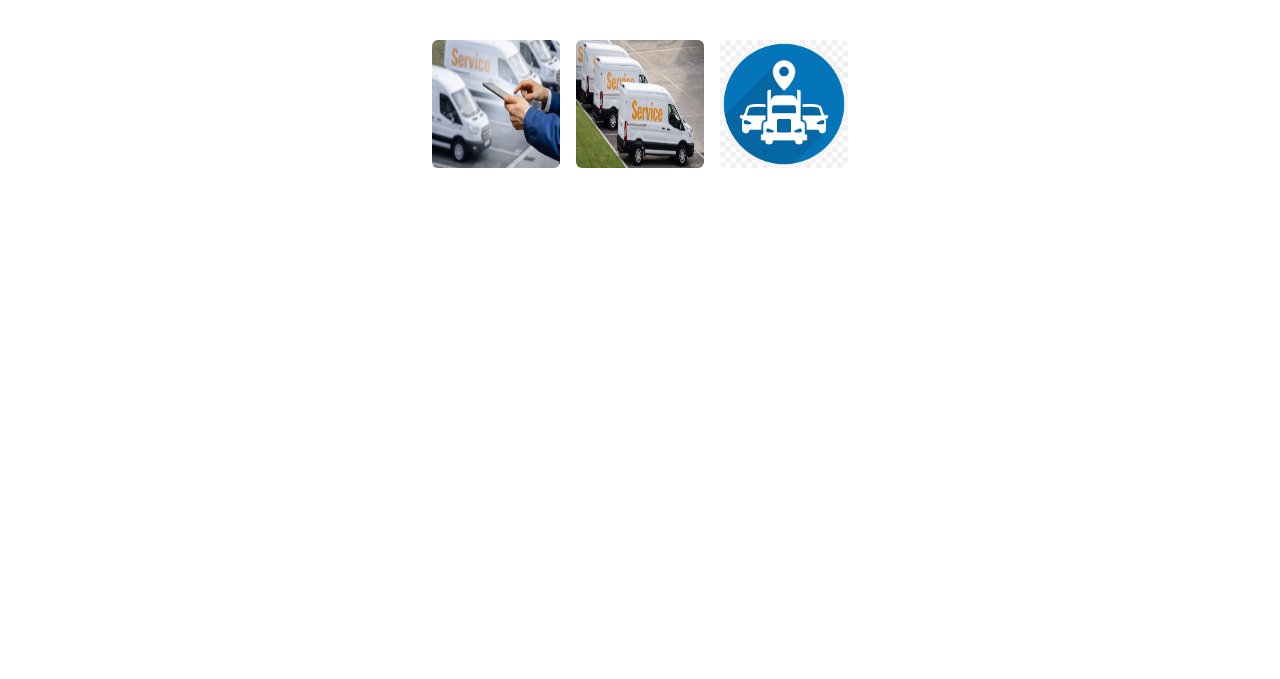
Repository: adityadhimaann/fleettrack
Page: images.html
An editor plug-in stored every save of this project. The page is shown before and after the next save, followed by the edit.
The browser window is 1280 px wide. The pictures show the whole page.
Some web libraries are served in a nearby version.

Above is the page before, as saved 2025-04-09 12:22:21.

After the next save:
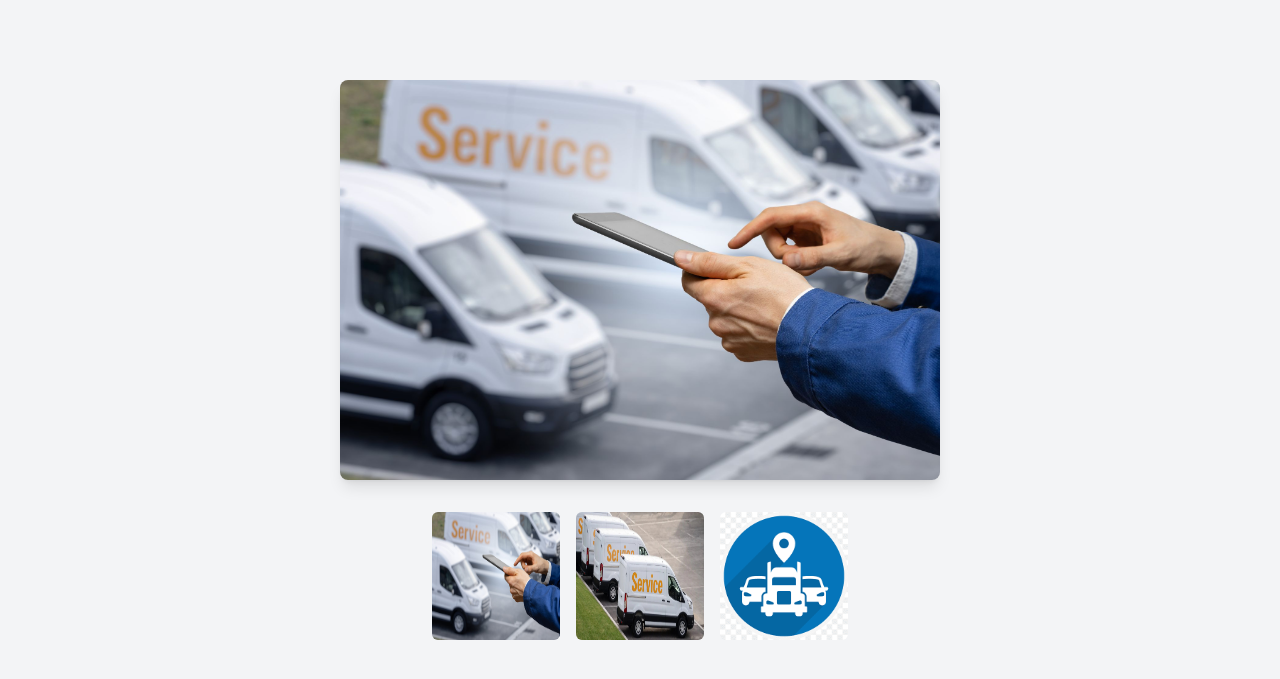
Saved 56 s later.
--- a/images.html
+++ b/images.html
@@ -1,21 +1,36 @@
 <!DOCTYPE html>
 <html lang="en">
 <head>
-    <meta charset="UTF-8">
-    <meta name="viewport" content="width=device-width, initial-scale=1.0">
-    <title>Image Slide</title>
-    <script src="https://cdn.tailwindcss.com"></script>
-    <script src="https://cdnjs.cloudflare.com/ajax/libs/Chart.js/3.9.1/chart.min.js"></script>
-    <link rel="stylesheet" href="https://cdnjs.cloudflare.com/ajax/libs/font-awesome/6.0.0-beta3/css/all.min.css">
+  <meta charset="UTF-8" />
+  <meta name="viewport" content="width=device-width, initial-scale=1.0"/>
+  <title>Image Slide</title>
+  <script src="https://cdn.tailwindcss.com"></script>
+  <link rel="stylesheet" href="https://cdnjs.cloudflare.com/ajax/libs/font-awesome/6.0.0-beta3/css/all.min.css"/>
+</head>
+<body class="flex flex-col items-center justify-center min-h-screen bg-gray-100">
 
-</head>
-<body>
-    <!-- fixed inset 0 -->
-    <!-- image gallery -->
-     <div class="flex justify-center items-center gap-4 m-10">
-        <img src="/images/fleet1.jpg" alt="" class="w-32 h-32 rounded-md cursor-pointer hover:scale-105 transition" onclick="addimage(0)">
-        <img src="/images/fleet2.jpeg" alt="" class="w-32 h-32 rounded-md cursor-pointer hover:scale-105 transition" onclick="addimage(1)">
-        <img src="/images/fleet3.png" alt="" class="w-32 h-32 rounded-md cursor-pointer hover:scale-105 transition" onclick="addimage(2)">
-     </div>
+  <div id="previewContainer" class="w-[600px] h-[400px] rounded-lg overflow-hidden shadow-lg mb-8">
+    <img id="mainImage" src="/images/fleet1.jpg" alt="Preview" class="w-full h-full object-cover transition duration-500">
+  </div>
+
+  <div class="flex justify-center items-center gap-4">
+    <img src="/images/fleet1.jpg" alt="" class="w-32 h-32 rounded-md cursor-pointer hover:scale-105 transition" onclick="addImage(0)">
+    <img src="/images/fleet2.jpeg" alt="" class="w-32 h-32 rounded-md cursor-pointer hover:scale-105 transition" onclick="addImage(1)">
+    <img src="/images/fleet3.png" alt="" class="w-32 h-32 rounded-md cursor-pointer hover:scale-105 transition" onclick="addImage(2)">
+  </div>
+
+  <script>
+    const images = [
+      "/images/fleet1.jpg",
+      "/images/fleet2.jpeg",
+      "/images/fleet3.png"
+    ];
+
+    const mainImage = document.getElementById("mainImage");
+
+    function addImage(index) {
+      mainImage.src = images[index];
+    }
+  </script>
 </body>
 </html>

After the save that followed:
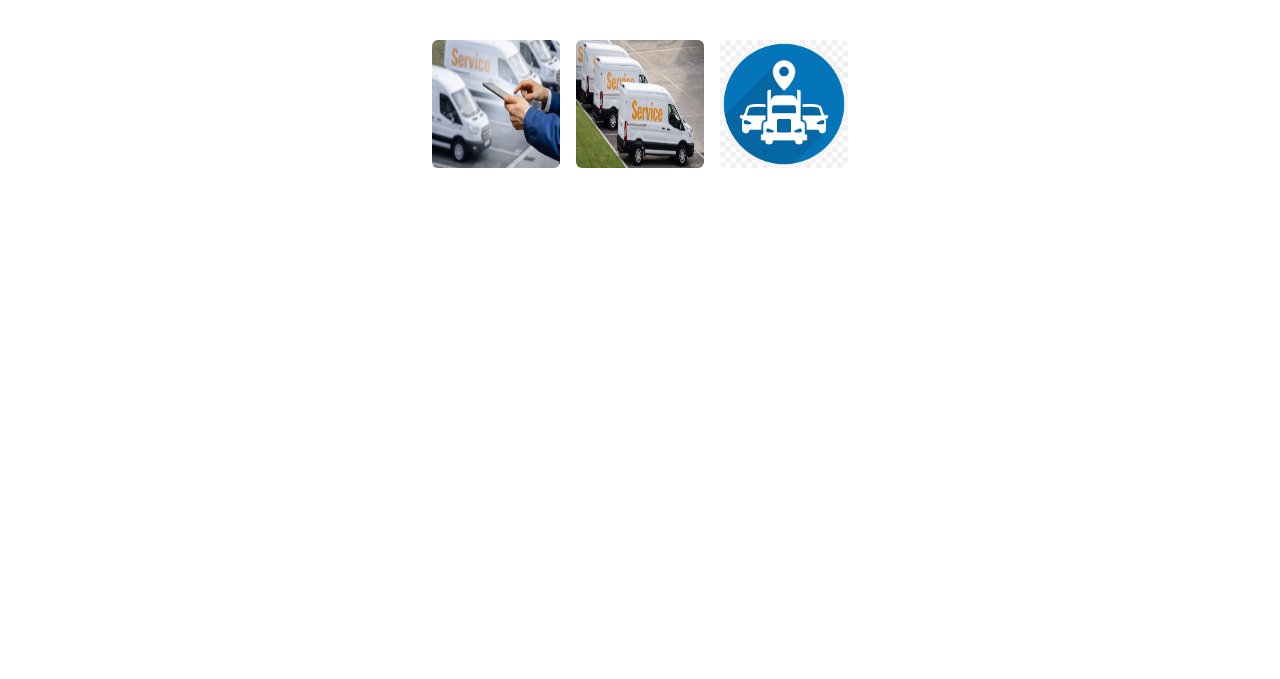
Saved 21 s later.
--- a/images.html
+++ b/images.html
@@ -1,36 +1,21 @@
 <!DOCTYPE html>
 <html lang="en">
 <head>
-  <meta charset="UTF-8" />
-  <meta name="viewport" content="width=device-width, initial-scale=1.0"/>
-  <title>Image Slide</title>
-  <script src="https://cdn.tailwindcss.com"></script>
-  <link rel="stylesheet" href="https://cdnjs.cloudflare.com/ajax/libs/font-awesome/6.0.0-beta3/css/all.min.css"/>
+    <meta charset="UTF-8">
+    <meta name="viewport" content="width=device-width, initial-scale=1.0">
+    <title>Image Slide</title>
+    <script src="https://cdn.tailwindcss.com"></script>
+    <script src="https://cdnjs.cloudflare.com/ajax/libs/Chart.js/3.9.1/chart.min.js"></script>
+    <link rel="stylesheet" href="https://cdnjs.cloudflare.com/ajax/libs/font-awesome/6.0.0-beta3/css/all.min.css">
+
 </head>
-<body class="flex flex-col items-center justify-center min-h-screen bg-gray-100">
-
-  <div id="previewContainer" class="w-[600px] h-[400px] rounded-lg overflow-hidden shadow-lg mb-8">
-    <img id="mainImage" src="/images/fleet1.jpg" alt="Preview" class="w-full h-full object-cover transition duration-500">
-  </div>
-
-  <div class="flex justify-center items-center gap-4">
-    <img src="/images/fleet1.jpg" alt="" class="w-32 h-32 rounded-md cursor-pointer hover:scale-105 transition" onclick="addImage(0)">
-    <img src="/images/fleet2.jpeg" alt="" class="w-32 h-32 rounded-md cursor-pointer hover:scale-105 transition" onclick="addImage(1)">
-    <img src="/images/fleet3.png" alt="" class="w-32 h-32 rounded-md cursor-pointer hover:scale-105 transition" onclick="addImage(2)">
-  </div>
-
-  <script>
-    const images = [
-      "/images/fleet1.jpg",
-      "/images/fleet2.jpeg",
-      "/images/fleet3.png"
-    ];
-
-    const mainImage = document.getElementById("mainImage");
-
-    function addImage(index) {
-      mainImage.src = images[index];
-    }
-  </script>
+<body>
+    <!-- fixed inset 0 -->
+    <!-- image gallery -->
+     <div class="flex justify-center items-center gap-4 m-10">
+        <img src="/images/fleet1.jpg" alt="" class="w-32 h-32 rounded-md cursor-pointer hover:scale-105 transition" onclick="addimage(0)">
+        <img src="/images/fleet2.jpeg" alt="" class="w-32 h-32 rounded-md cursor-pointer hover:scale-105 transition" onclick="addimage(1)">
+        <img src="/images/fleet3.png" alt="" class="w-32 h-32 rounded-md cursor-pointer hover:scale-105 transition" onclick="addimage(2)">
+     </div>
 </body>
 </html>
